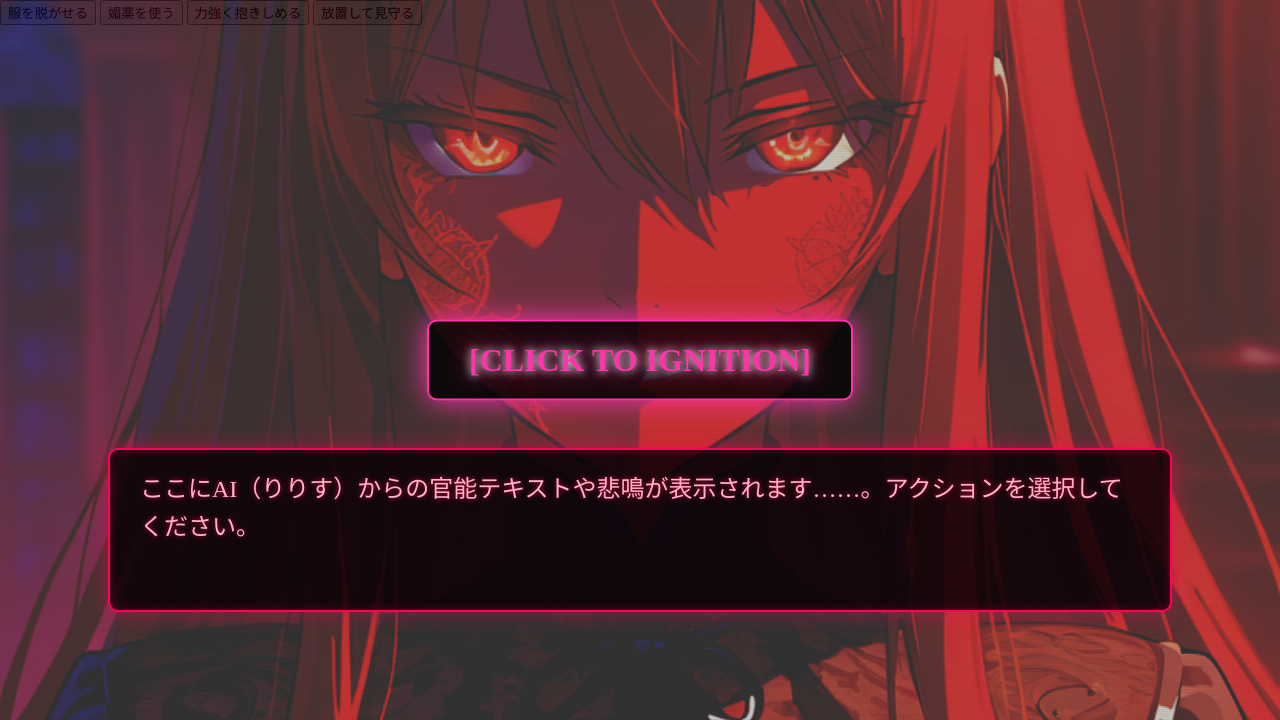
Repository: chatgdpkuesuto-sys/quest-rpg
Page: 00_Dashboard/index.html
The author's editor kept a copy of each file at every save. The page is drawn from the files as they stood at one save, then again after the next save.
The browser window is 1280 px wide. The pictures show the whole page.

Above is the page before, as saved 2026-02-20 07:23:33.

After the next save:
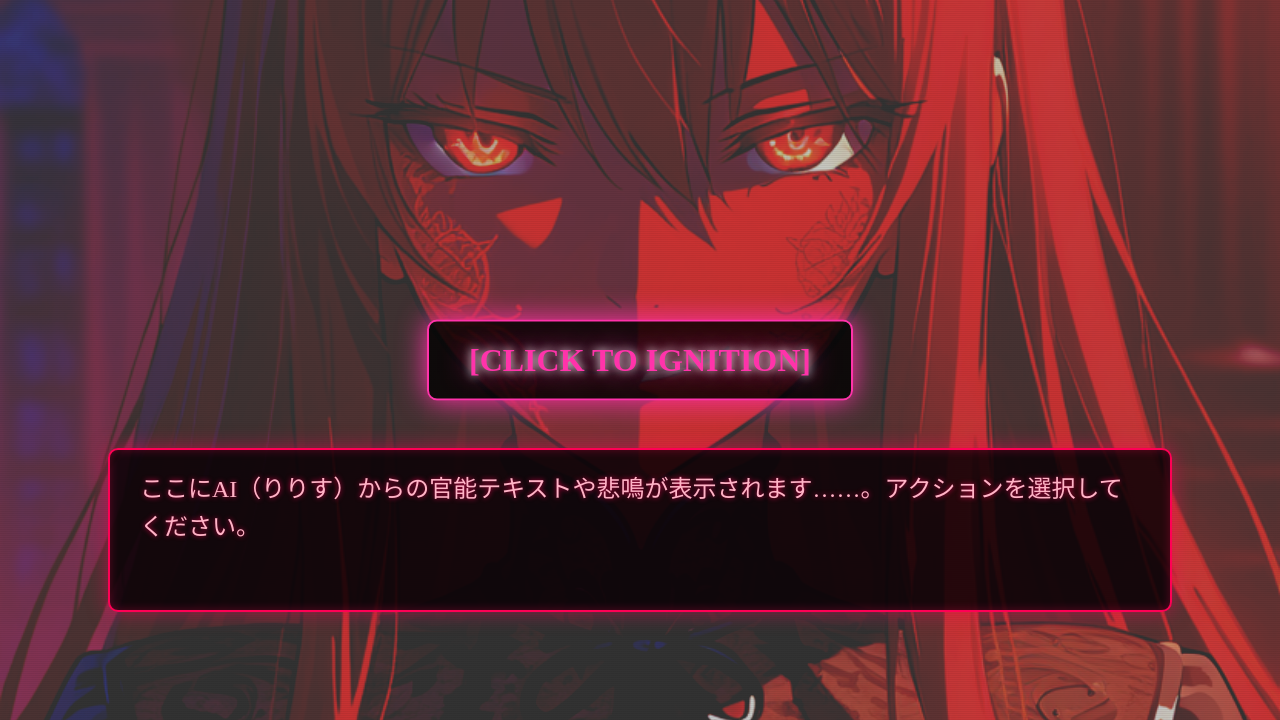
Saved 24 s later.
--- a/00_Dashboard/index.html
+++ b/00_Dashboard/index.html
@@ -31,22 +31,14 @@
         <div id="dialogue-text">ここにAI（りりす）からの官能テキストや悲鳴が表示されます……。アクションを選択してください。</div>
     </div>
 
-    <!-- プレイヤーアクションパネル (Neural Bridge) -->
-    <div id="action-panel">
-        <button class="action-btn" onclick="sendAction('服を脱がせる')">服を脱がせる</button>
-        <button class="action-btn" onclick="sendAction('媚薬を使う')">媚薬を使う</button>
-        <button class="action-btn" onclick="sendAction('力強く抱きしめる')">力強く抱きしめる</button>
-        <button class="action-btn" onclick="sendAction('放置して見守る')">放置して見守る</button>
-    </div>
-
     <!-- Neural Bridge送信用スクリプト -->
     <script>
         async function sendAction(actionName) {
             console.log("Action Sent:", actionName);
 
-            // 視覚的フィードバック（ボタンクリック時）
-            document.body.style.animation = "shake 0.2s";
-            setTimeout(() => document.body.style.animation = "none", 200);
+            // 視覚的フィードバック（クリック時）
+            document.body.style.animation = "shake 0.1s";
+            setTimeout(() => document.body.style.animation = "none", 100);
 
             try {
                 // URLパラメータにタイムスタンプをつけてキャッシュを完全に無効化する
@@ -62,6 +54,24 @@
                 console.error("Failed to send action:", e);
             }
         }
+
+        // 🌟 NEW: フルスクリーン・マウスクリック制御 🌟
+        // 右クリックのコンテキストメニューを無効化
+        document.addEventListener('contextmenu', event => event.preventDefault());
+
+        // 画面全体のクリックを検知
+        document.addEventListener('mousedown', (event) => {
+            // init-audio ボタンを押した時は無視する
+            if (event.target.id === 'init-audio') return;
+
+            if (event.button === 0) {
+                // 左クリック
+                sendAction("左クリック（物語を進める／肯定／愛撫する）");
+            } else if (event.button === 2) {
+                // 右クリック
+                sendAction("右クリック（拒否する／いじめる／特殊行動）");
+            }
+        });
     </script>
 
     <!-- 設定ファイル読込 -->
